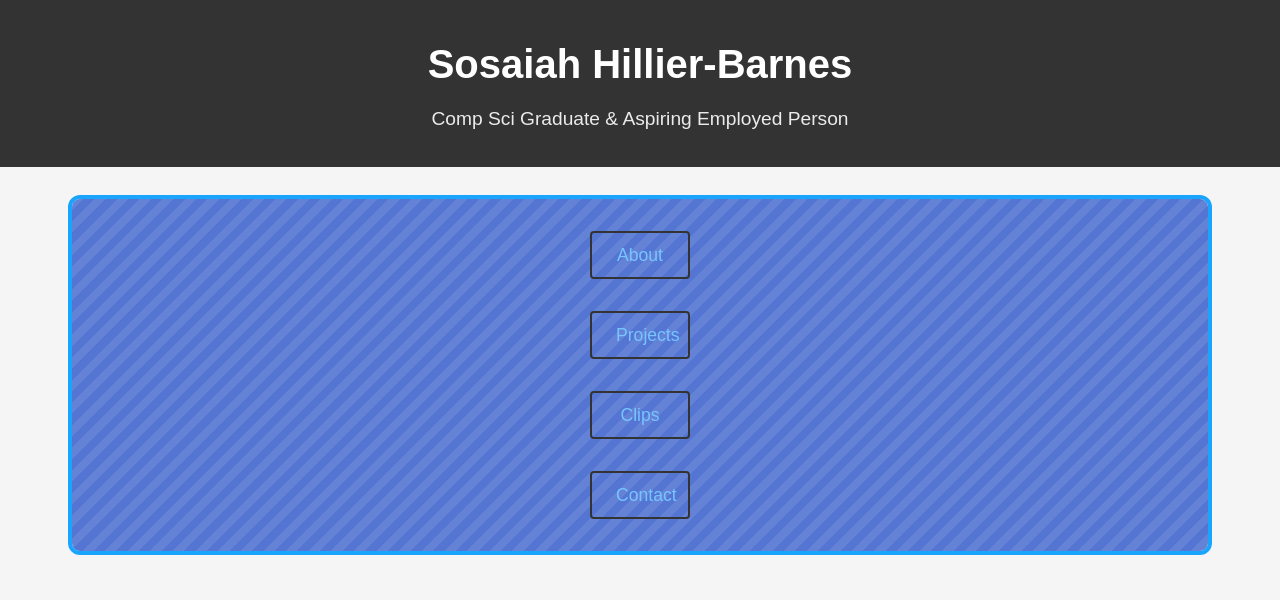
Repository: Hillier-Barnes/PortfolioWebsiteNew
Page: /
These files come from the project's save history. The page is drawn as it stood at one moment and after a run of saves; the edit follows.
The browser window is 1280 px wide. The pictures show the whole page.
The project was rebuilt for these pictures with package versions that can differ from the ones it lists, and the page was loaded fresh each time. Also part of the build but not shown: vite.config.js.

Above is the page before, as saved 2025-11-12 14:40:53.

### index.html
<!DOCTYPE html>
<html lang="en">
<head>
  <meta charset="UTF-8">
  <meta name="viewport" content="width=device-width, initial-scale=1">
  <title>My Portfolio</title>
  <link rel="stylesheet" href="styles.css">
</head>

<body>
  <header>
    <h1>Sosaiah Hillier-Barnes</h1>
    <p>Comp Sci Graduate &amp; Aspiring Employed Person</p>
  </header>

  <main class="container">
    <section class="projects" id="projects">
        <nav>
            <a href="#about">About</a>
            <a href="#projects">Projects</a>
            <a href="#clips">Clips</a>
            <a href="#contact">Contact</a>
          </nav>
    </section>
  </main>
</body>
</html>

### styles.css
/* Simple Reset */
* {
  margin: 0;
  padding: 0;
  box-sizing: border-box;
}

body {
  font-family: Arial, sans-serif;
  line-height: 1.6;
  color: #333;
  background-color: #f5f5f5;
}

/* Header */
header {
  background-color: #333;
  color: white;
  padding: 2rem;
  text-align: center;
}

header h1 {
  font-size: 2.5rem;
  margin-bottom: 0.5rem;
}

header p {
  font-size: 1.2rem;
  opacity: 0.9;
}

/* Container */
.container {
  max-width: 1200px;
  margin: 0 auto;
  padding: 2rem;
}

/* Navigation */
nav {
  display: flex;
  flex-direction: column;
  align-items: center;
  gap: 2rem;
  padding: 2rem;
  background-color: rgba(18, 65, 195, 0.704);
  background-image: repeating-linear-gradient(
    135deg,
    rgba(255,255,255,0.09) 0px,
    rgba(255,255,255,0.09) 8px,
    transparent 8px,
    transparent 16px
  );
  border-radius: 8px;
  outline: 4px solid rgba(11, 161, 255, 0.936);
}


nav a {
  color: #77c4ff;
  text-decoration: none;
  font-size: 1.1rem;
  padding: 0.5rem 1.5rem;
  border: 2px solid #333;
  border-radius: 4px;
  transition: all 0.3s ease;
  flex: 1 1 0;
  text-align: center;
  min-width: 100px;
  max-width: 100px;
  box-sizing: border-box;
}

nav a:hover {
  background-color: #333;
  color: white;
}

/* Responsive */
@media (max-width: 768px) {
  header h1 {
    font-size: 2rem;
  }

  nav {
    flex-direction: column;
    gap: 1rem;
  }

  nav a {
    text-align: center;
  }
}

After the next 2 saves:
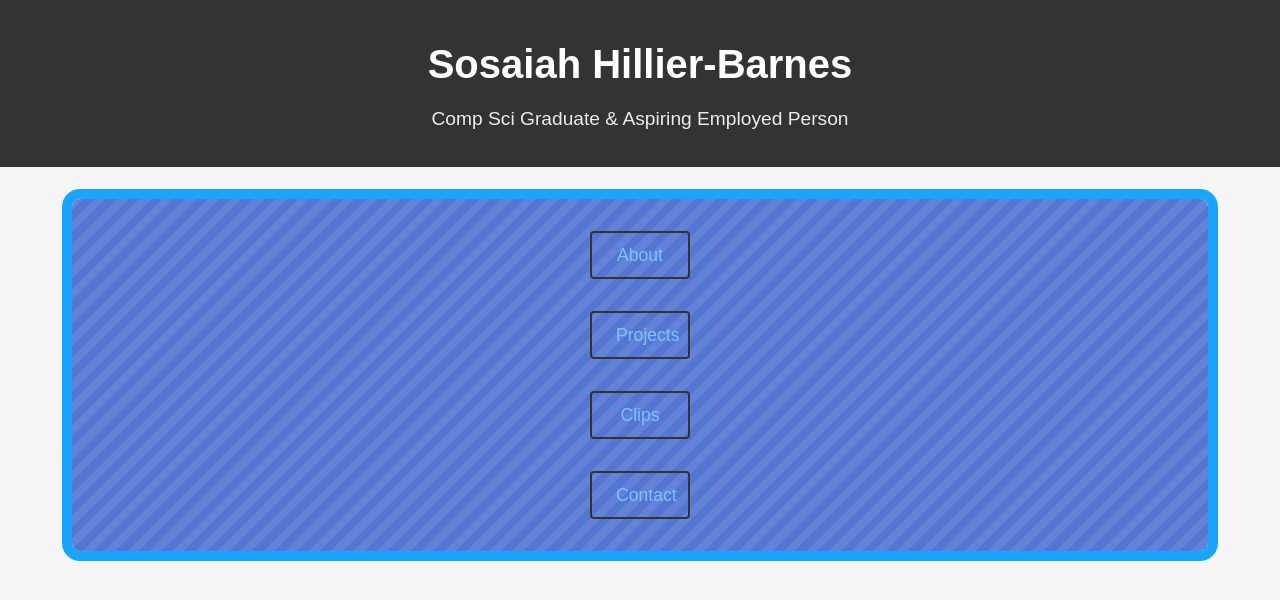
The 2 saves are shown as one change because they came seconds apart.
The last was saved 15 s later.
--- a/styles.css
+++ b/styles.css
@@ -53,7 +53,7 @@
     transparent 16px
   );
   border-radius: 8px;
-  outline: 4px solid rgba(11, 161, 255, 0.936);
+  outline: 10px solid rgba(11, 161, 255, 0.936);
 }
 
 
